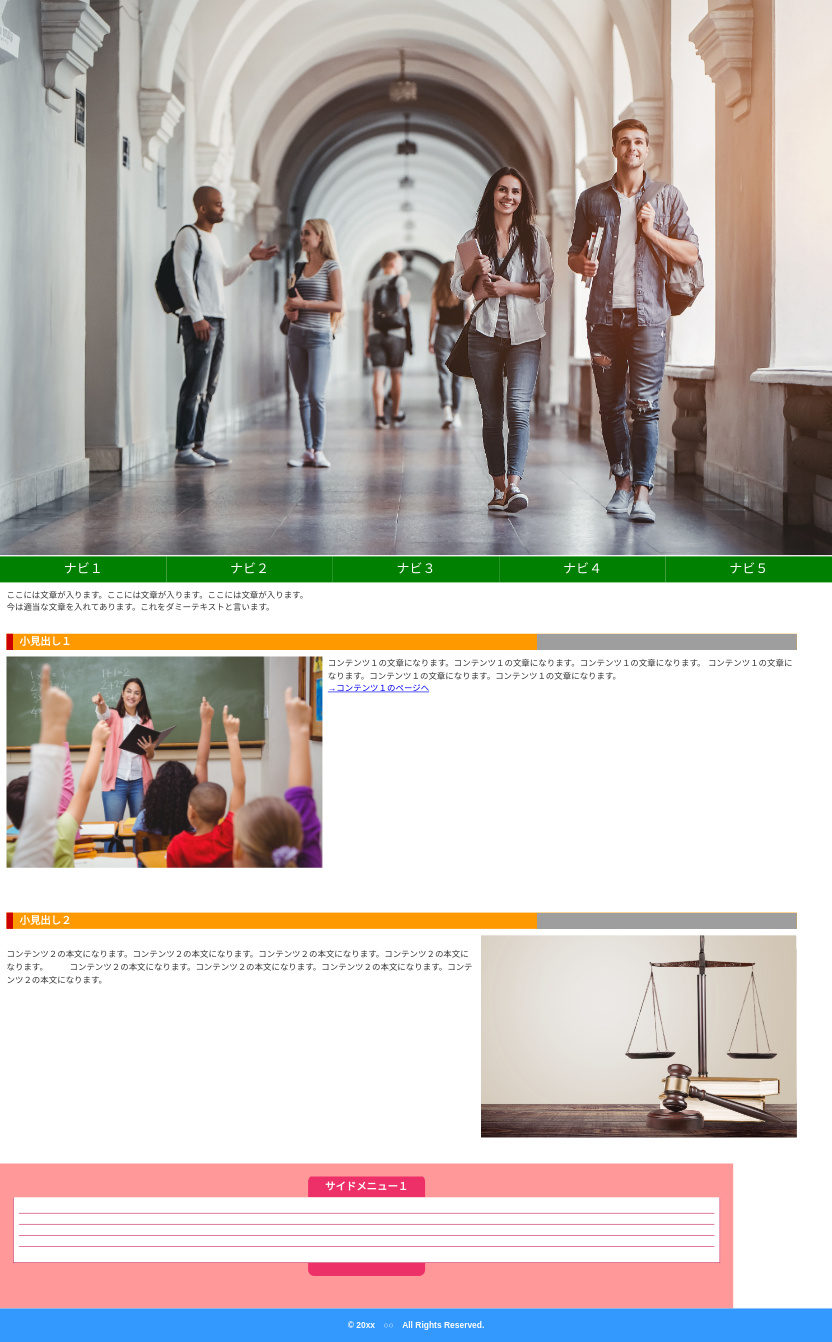
Repository: royal3773/samurai_HTML-CSS
Page: home/home.html
The author's editor kept a record of every edit. The page is drawn from the files as they stood at one moment, then again after the next edit.
The browser window is 1280 px wide. The pictures show the whole page, at 65% of full size.
Pictures or frames that could not be fetched are drawn as grey boxes.

Above is the page before.

After the next edit:
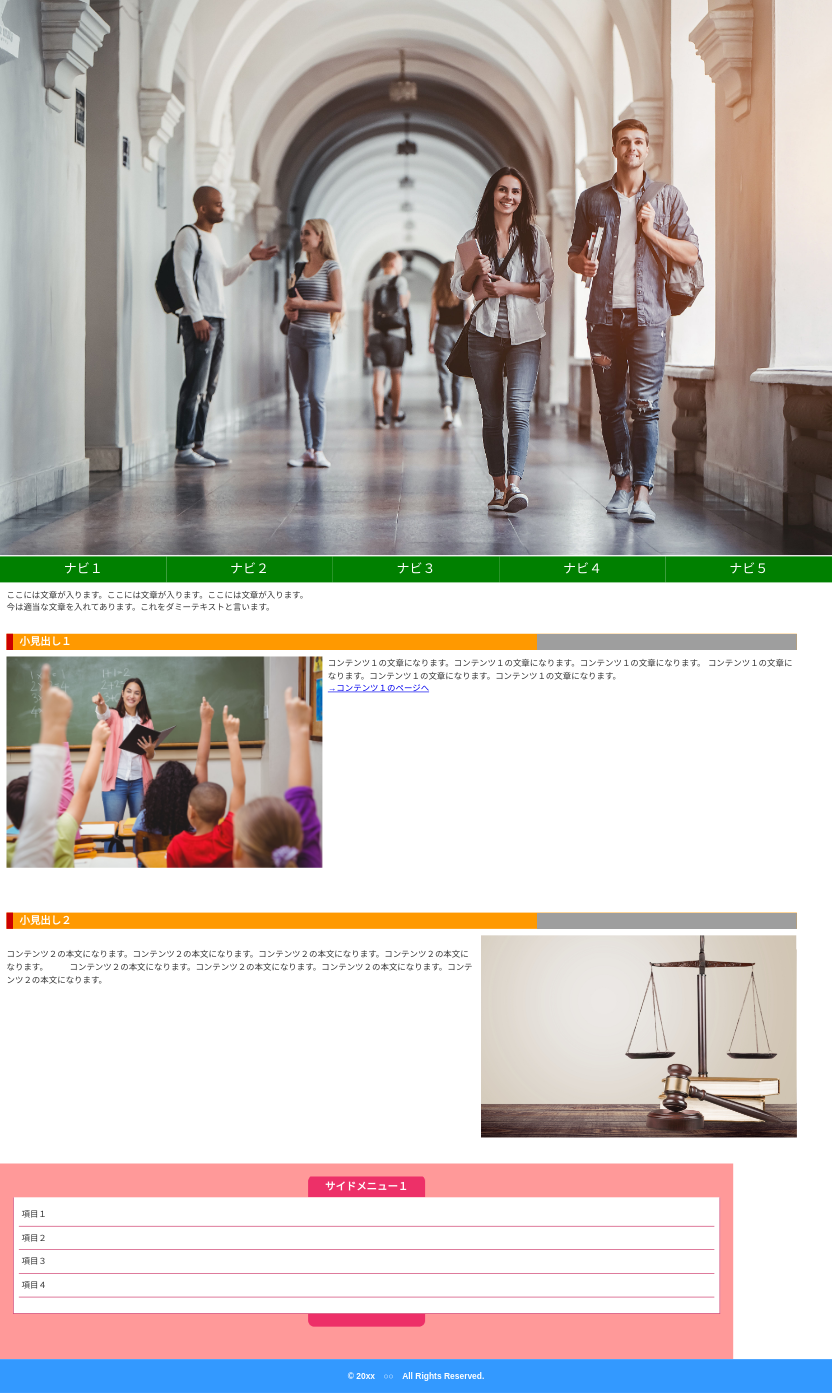
The edit:
--- a/home/home.html
+++ b/home/home.html
@@ -48,10 +48,10 @@
              <h2>サイドメニュー１</h2>
              <div class="boxBody">
                  <ul>
-                     <li></li>
-                     <li></li>
-                     <li></li>
-                     <li></li>
+                     <li>項目１</li>
+                     <li>項目２</li>
+                     <li>項目３</li>
+                     <li>項目４</li>
                  </ul>
              </div>
          </div>
